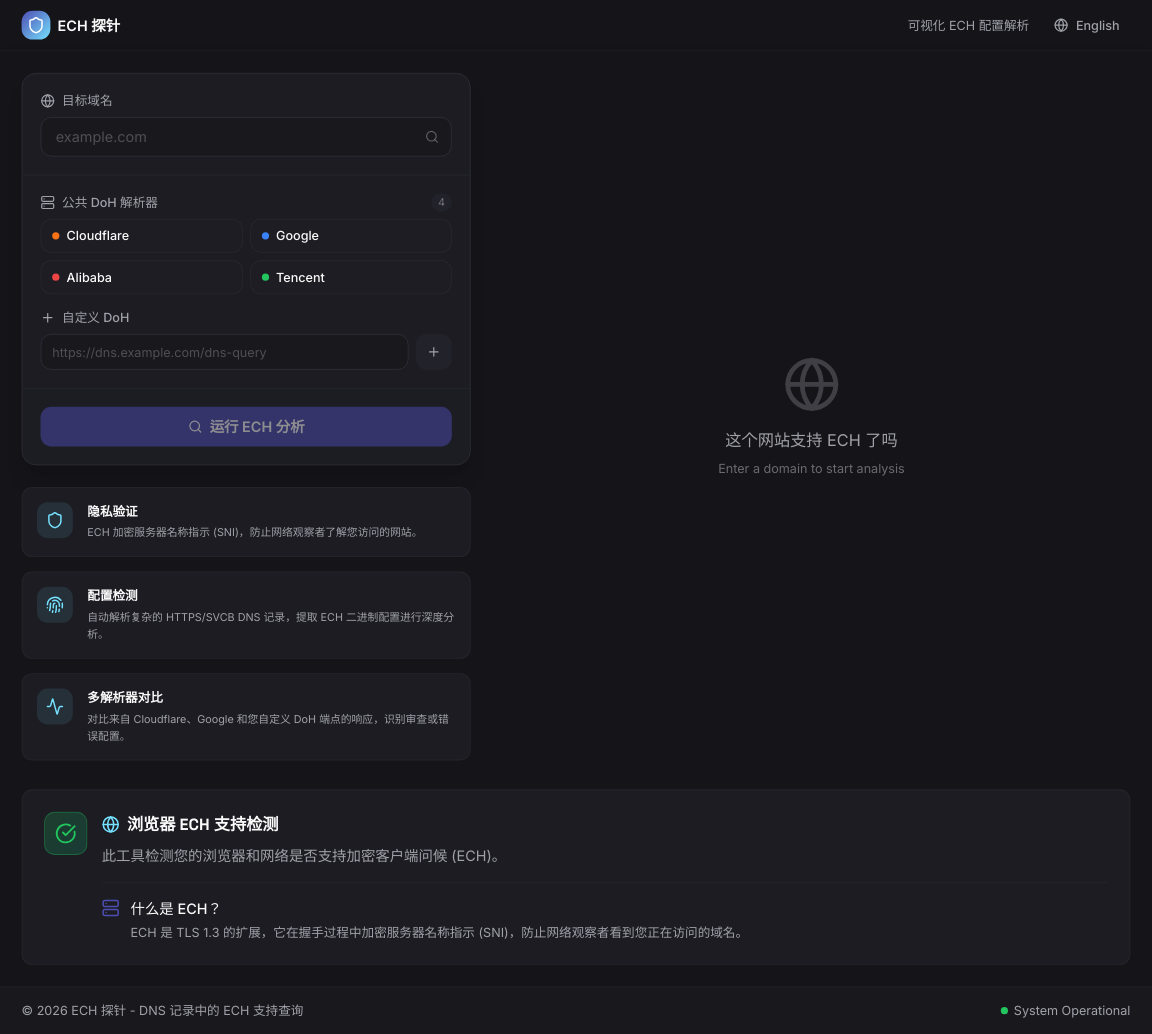
Repository: coolapijust/Ech-probe
Page: /
These files come from the project's save history. The page is drawn as it stood at one moment and after the next save; the edit follows.
The browser window is 1280 px wide. The pictures show the whole page, at 90% of full size.
The project was rebuilt for these pictures with package versions that can differ from the ones it lists, and the page was loaded fresh each time. The framework's server and built-in components were replaced by stand-ins that run in the browser. Also part of the build but not shown: next.config.mjs, src/components/ui/card.tsx, src/components/ui/table.tsx, src/components/ui/badge.tsx, src/components/ui/label.tsx, src/components/ECHProbe/ResultsDisplay.tsx.

Above is the page before, as saved 2026-03-13 20:05:36.

After the next save:
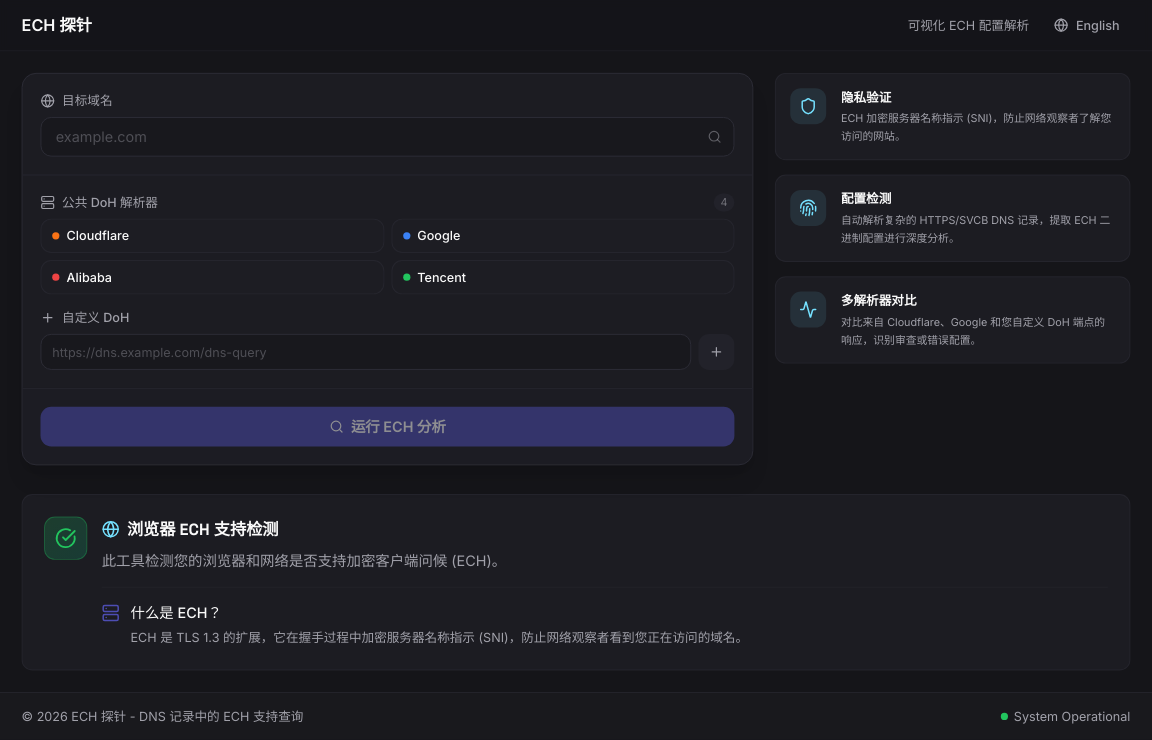
Saved 4 min 20 s later.
--- a/src/app/page.tsx
+++ b/src/app/page.tsx
@@ -29,15 +29,10 @@ export default function Home() {
 
   return (
     <div className="min-h-screen flex flex-col">
-      {/* Header Bar */}
+      {/* Header Bar - No Logo */}
       <header className="border-b border-border/50 bg-background/80 backdrop-blur-sm">
         <div className="flex items-center justify-between px-6 h-14">
-          <div className="flex items-center gap-2">
-            <div className="w-8 h-8 rounded-lg bg-gradient-to-br from-primary to-accent flex items-center justify-center">
-              <Shield className="w-5 h-5 text-white" />
-            </div>
-            <span className="font-bold">{t.title}</span>
-          </div>
+          <span className="font-bold text-lg">{t.title}</span>
           <div className="flex items-center gap-4">
             <span className="text-sm text-muted-foreground hidden sm:inline">{t.badge}</span>
             <LanguageSwitcher />
@@ -47,13 +42,15 @@ export default function Home() {
 
       {/* Main Content - Full Width */}
       <main className="flex-1 p-6">
-        {/* Content Grid - Full Width */}
+        {/* Content Grid - Form takes majority */}
         <div className="grid lg:grid-cols-12 gap-6">
-          {/* Left Column - Form & Features */}
-          <div className="lg:col-span-5 space-y-6">
+          {/* Left Column - Form (8 columns, majority) */}
+          <div className="lg:col-span-8">
             <DomainForm onAnalyze={handleAnalyze} isLoading={isAnalyzing} />
+          </div>
 
-            {/* Feature Cards - Vertical Stack */}
+          {/* Right Column - Features vertical stack (4 columns) */}
+          <div className="lg:col-span-4">
             {!isAnalyzing && results.length === 0 && (
               <div className="space-y-4">
                 <FeatureCard
@@ -73,23 +70,20 @@ export default function Home() {
                 />
               </div>
             )}
-          </div>
-
-          {/* Right Column - Results or Empty State */}
-          <div className="lg:col-span-7">
-            {results.length > 0 ? (
-              <ResultsDisplay results={results} domain={domain} />
-            ) : (
-              <div className="h-full flex items-center justify-center">
-                <div className="text-center text-muted-foreground">
-                  <Globe className="w-16 h-16 mx-auto mb-4 opacity-30" />
-                  <p className="text-lg">{t.subtitle}</p>
-                  <p className="text-sm mt-2 opacity-60">Enter a domain to start analysis</p>
-                </div>
+            {results.length > 0 && (
+              <div className="h-full flex items-center justify-center text-muted-foreground">
+                <p>{t.subtitle}</p>
               </div>
             )}
           </div>
         </div>
+
+        {/* Results Section */}
+        {results.length > 0 && (
+          <div className="mt-8">
+            <ResultsDisplay results={results} domain={domain} />
+          </div>
+        )}
 
         {/* Bottom Section - ECH Explanation */}
         {!isAnalyzing && (
